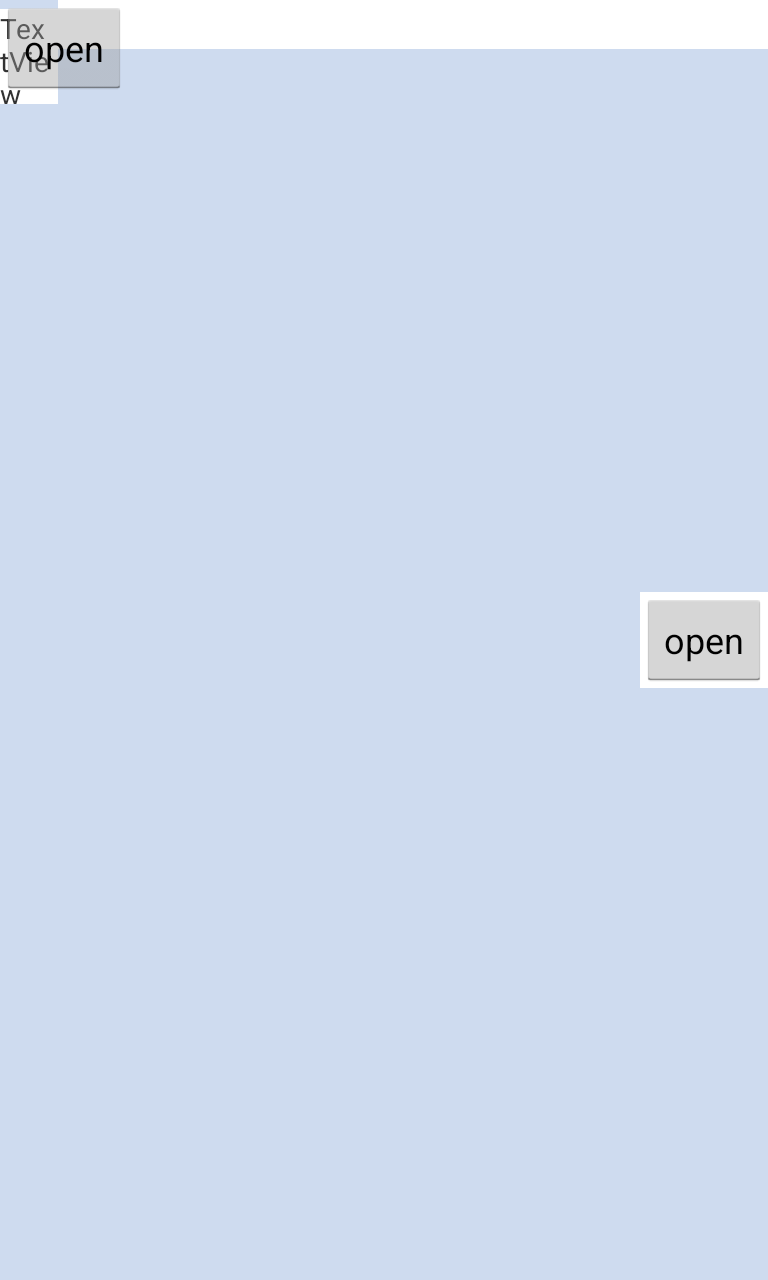
Repository: supremehappy/Android
Layout: FrameTest1/res/layout/activity_main.xml
The author's editor kept a copy of each file at every save. The layout is drawn from the files as they stood at one save, then again after the next save.
It is drawn on a 768 x 1280 px phone screen (xhdpi) without system bars, with theme AppTheme; the app's code is not run.

Above is the layout before, as saved 2017-09-04 03:19:14.

### FrameTest1/res/layout/activity_main.xml
<FrameLayout xmlns:android="http://schemas.android.com/apk/res/android"
    xmlns:tools="http://schemas.android.com/tools"
    android:id="@+id/FrameLayout1"
    android:layout_width="match_parent"
    android:layout_height="match_parent"
    tools:context="${relativePackage}.${activityClass}" >

    <LinearLayout
        android:layout_width="match_parent"
        android:layout_height="match_parent"
        android:background="#cedbef"
        android:orientation="vertical" >

        <LinearLayout
            android:layout_width="match_parent"
            android:layout_height="wrap_content" >

            <TextView
                android:id="@+id/textView1"
                android:layout_width="wrap_content"
                android:layout_height="wrap_content"
                android:layout_weight="1"
                android:background="#ffffff"
                android:text="TextView" />

            <EditText
                android:id="@+id/editText1"
                android:layout_width="match_parent"
                android:layout_height="wrap_content"
                android:layout_weight="1"
                android:background="#ffffff"
                android:ems="10" />

        </LinearLayout>

    </LinearLayout>

    <LinearLayout
        android:id="@+id/my_layout"
        android:layout_width="200dp"
        android:layout_height="match_parent"
        android:background="#d9ceef"
        android:orientation="vertical"
        android:gravity="right"
        android:visibility="gone"  >

        <LinearLayout
            android:layout_width="match_parent"
            android:layout_height="wrap_content" >

            <TextView
                android:id="@+id/textView2"
                android:layout_width="wrap_content"
                android:layout_height="wrap_content"
                android:layout_weight="1"
                android:text="TextView" />

            <EditText
                android:id="@+id/editText2"
                android:layout_width="wrap_content"
                android:layout_height="wrap_content"
                android:layout_weight="1"
                android:ems="10" >

                <requestFocus />
            </EditText>

        </LinearLayout>

        <LinearLayout
            android:layout_width="match_parent"
            android:layout_height="wrap_content" >

            <Button
                android:id="@+id/button1"
                android:layout_width="wrap_content"
                android:layout_height="wrap_content"
                android:text="Button" />

            <Button
                android:id="@+id/button2"
                android:layout_width="wrap_content"
                android:layout_height="wrap_content"
                android:text="Button" />

        </LinearLayout>

    </LinearLayout>

    <LinearLayout
        android:id="@+id/my_layout1"
        android:layout_width="200dp"
        android:layout_height="match_parent"
        android:background="#efcee9"
        android:orientation="vertical"
        android:gravity="left"
        android:visibility="gone" >

        <LinearLayout
            android:layout_width="match_parent"
            android:layout_height="wrap_content"
            android:orientation="vertical" >

            <TextView
                android:id="@+id/textView3"
                android:layout_width="wrap_content"
                android:layout_height="wrap_content"
                android:text="TextView" />

            <EditText
                android:id="@+id/editText3"
                android:layout_width="match_parent"
                android:layout_height="wrap_content"
                android:ems="10" />

        </LinearLayout>

    </LinearLayout>

    <LinearLayout
        android:layout_width="wrap_content"
        android:layout_height="wrap_content"
        android:background="#ffffff"
        android:layout_gravity="right|center_vertical"
        android:orientation="vertical" >

        <Button
            android:id="@+id/btn_open"
            android:layout_width="wrap_content"
            android:layout_height="wrap_content"
            android:text="open" />

    </LinearLayout>

    <LinearLayout
        android:layout_width="wrap_content"
        android:layout_height="wrap_content"
        android:gravity="bottom|left"
        android:orientation="vertical" >

        <Button
            android:id="@+id/btn_open1"
            android:layout_width="wrap_content"
            android:layout_height="wrap_content"
            android:text="open" />

    </LinearLayout>

</FrameLayout>

Loaded but not shown: FrameTest1/res/values/styles.xml (common file); FrameTest1/res/values-v11/styles.xml (common file); FrameTest1/res/values-v14/styles.xml (common file)

After the next save:
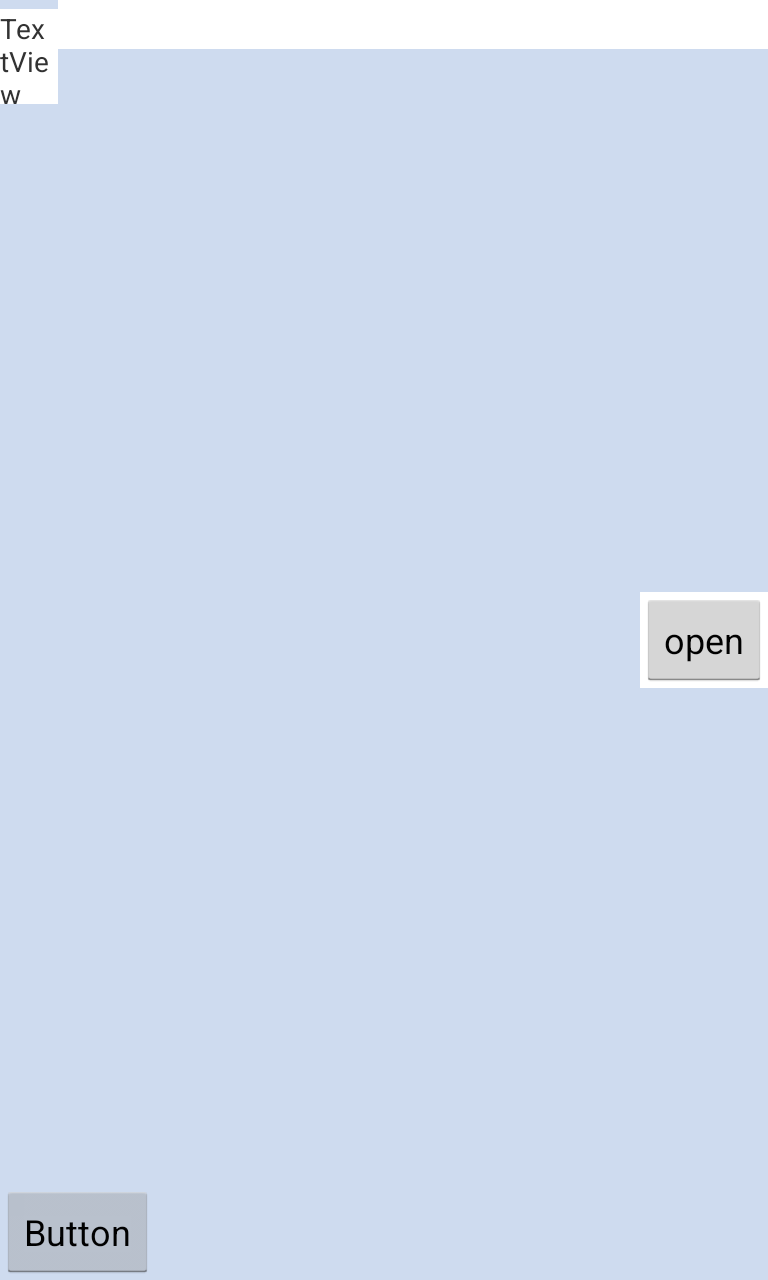
Saved 6 s later.
--- a/FrameTest1/res/layout/activity_main.xml
+++ b/FrameTest1/res/layout/activity_main.xml
@@ -133,16 +133,16 @@
     </LinearLayout>
 
     <LinearLayout
-        android:layout_width="wrap_content"
-        android:layout_height="wrap_content"
+        android:layout_width="match_parent"
+        android:layout_height="match_parent"
         android:gravity="bottom|left"
         android:orientation="vertical" >
 
         <Button
-            android:id="@+id/btn_open1"
+            android:id="@+id/button3"
             android:layout_width="wrap_content"
             android:layout_height="wrap_content"
-            android:text="open" />
+            android:text="Button" />
 
     </LinearLayout>
 
